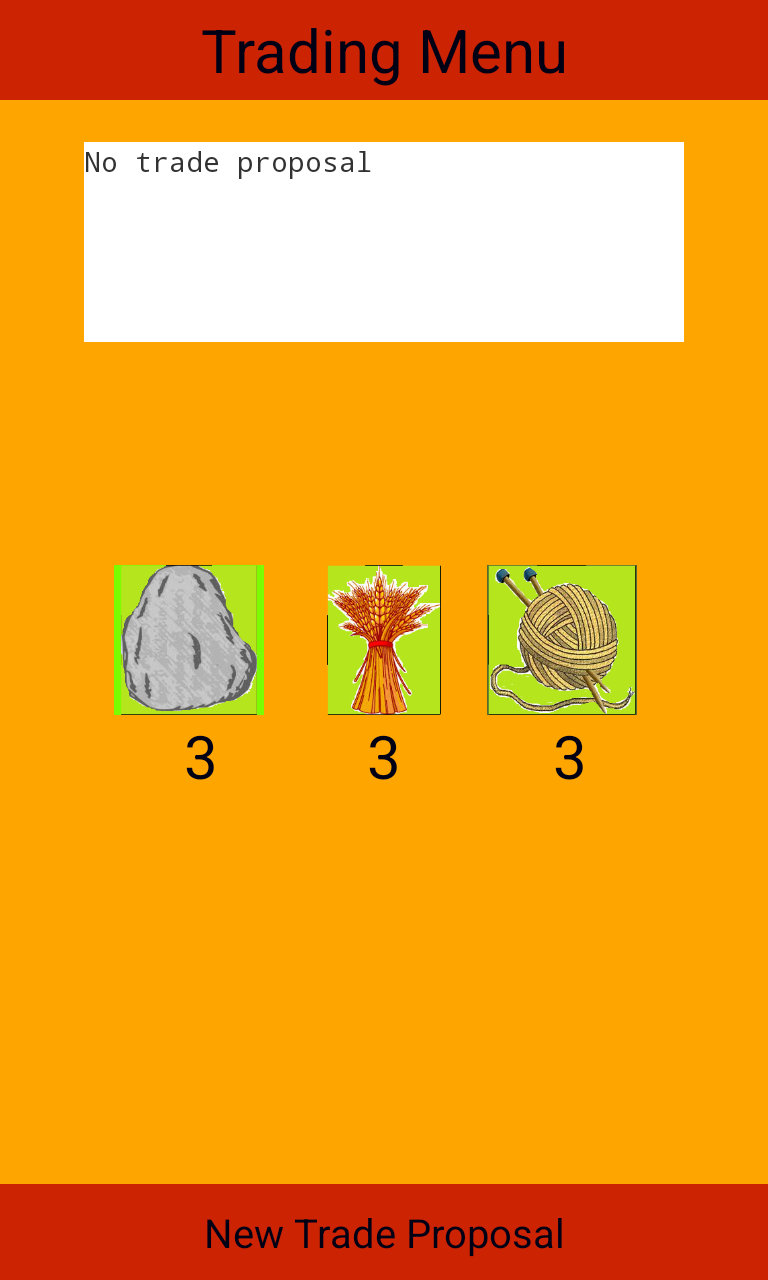
Repository: nidafarooqui/Trading-Game-Version-3
Layout: TaikunClient/res/layout/activity_taikun_game.xml
An editor plug-in stored every save of this project. The layout is shown before and after the next save, followed by the edit.
It is drawn on a 768 x 1280 px phone screen (xhdpi) without system bars, with theme AppTheme; the app's code is not run.

Above is the layout before, as saved 2014-08-15 17:29:13.

After the next save:
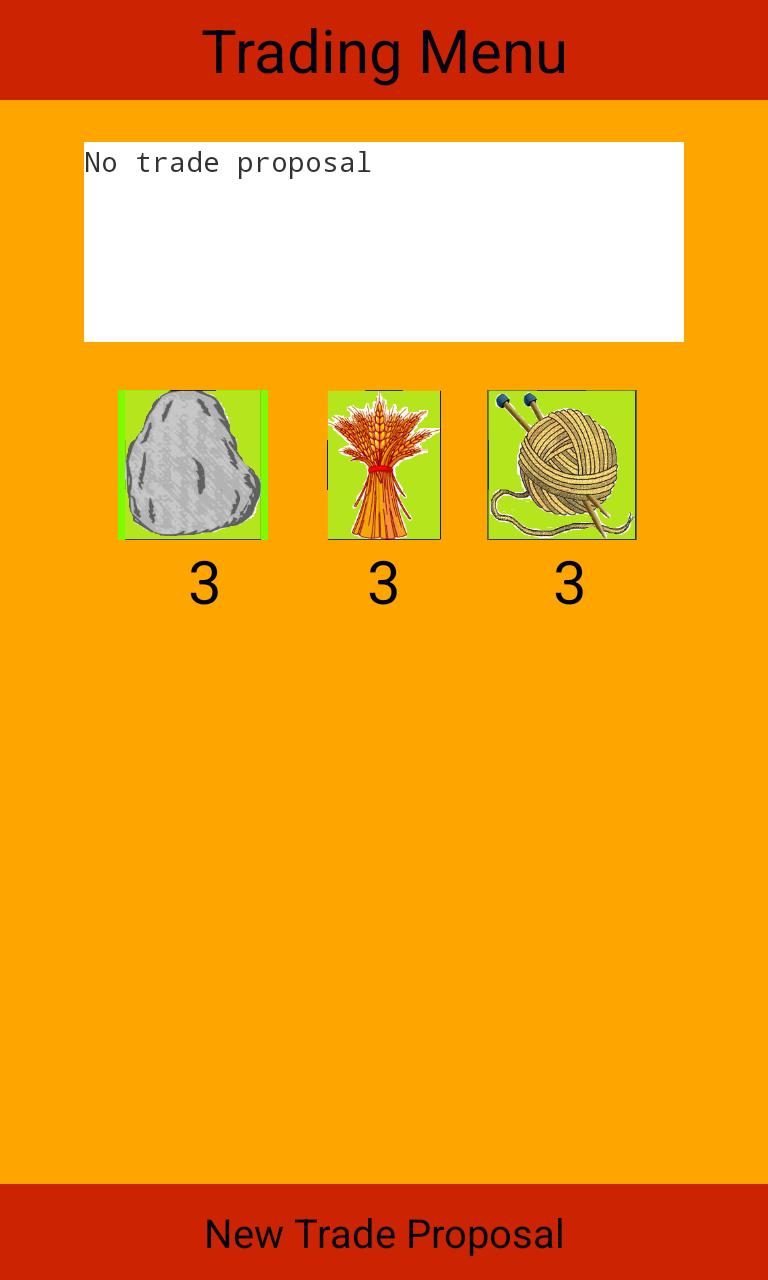
Saved 11 s later.
--- a/TaikunClient/res/layout/activity_taikun_game.xml
+++ b/TaikunClient/res/layout/activity_taikun_game.xml
@@ -106,8 +106,9 @@
         android:layout_width="75dp"
         android:layout_height="75dp"
         android:layout_alignLeft="@+id/scrollView1"
-        android:layout_centerVertical="true"
-        android:layout_marginLeft="15dp"
+        android:layout_below="@+id/scrollView1"
+        android:layout_marginLeft="17dp"
+        android:layout_marginTop="24dp"
         android:background="@color/lawnGreen"
         android:src="@drawable/rockcard" />
 
